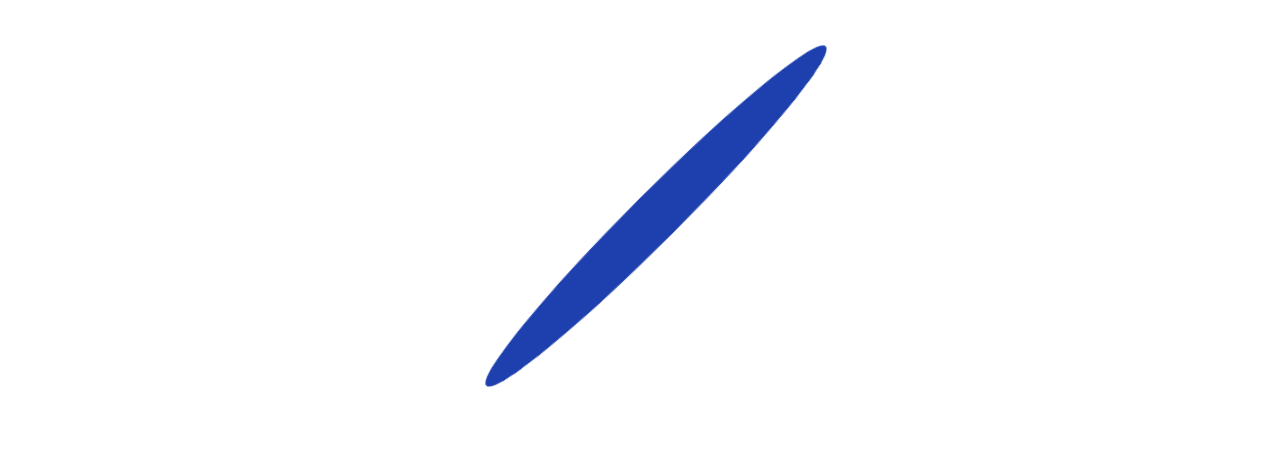
Repository: 30namp/youtube-web-art-code
Page: stunning landing page 1/index.html
An editor plug-in stored every save of this project. The page is shown before and after the next save, followed by the edit.
The browser window is 1280 px wide. The pictures show the whole page.

Above is the page before, as saved 2024-09-26 17:17:18.

After the next save:
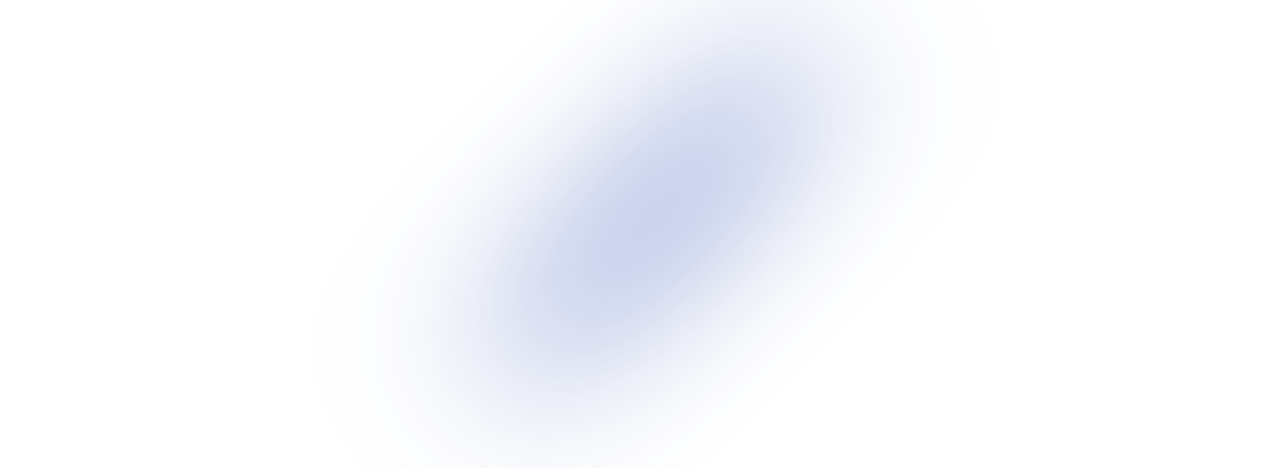
Saved 4 s later.
--- a/stunning landing page 1/index.html
+++ b/stunning landing page 1/index.html
@@ -8,7 +8,7 @@
   </head>
   <body class="min-h-screen">
     <div
-      class="absolute right-96 top-48 h-12 w-[30rem] rounded-[100%] -rotate-45 bg-blue-800 blur-[0rem]"
+      class="absolute right-96 top-48 h-12 w-[30rem] rounded-[100%] -rotate-45 bg-blue-800 blur-[5rem]"
     ></div>
   </body>
 </html>
